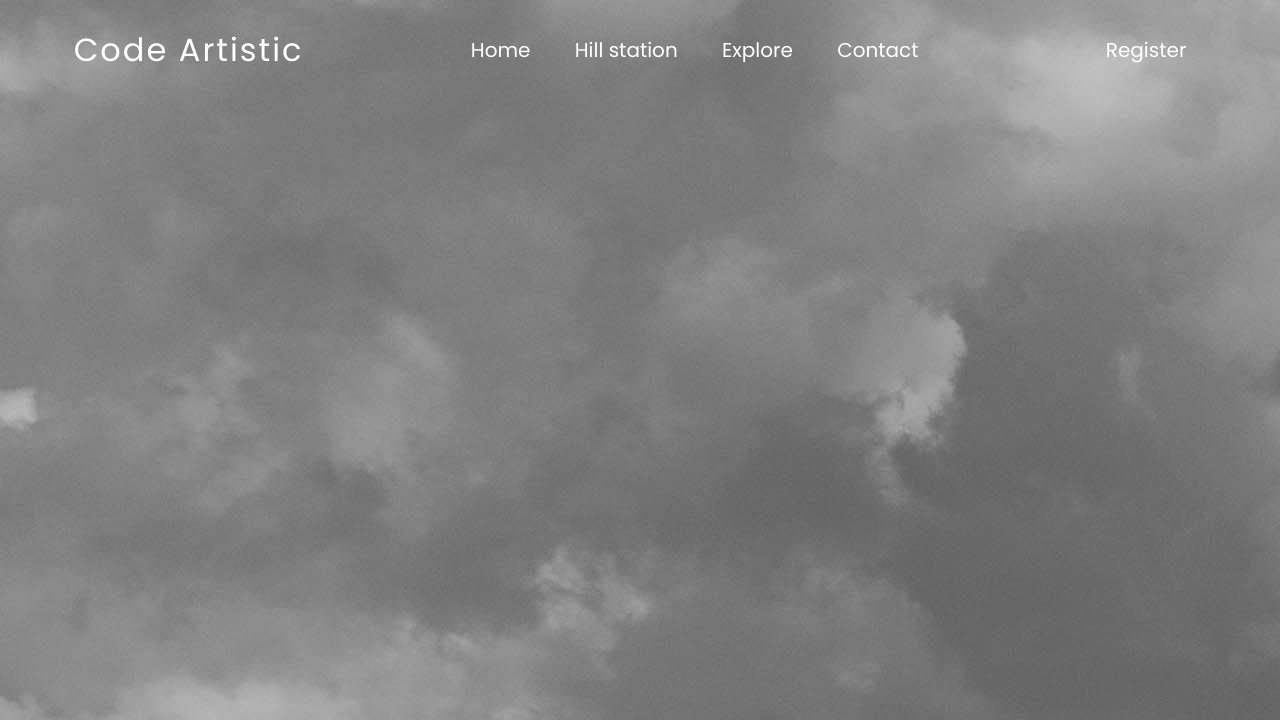
Repository: Ruxmary7/energy
Page: starter/index.html
These files come from the project's save history. The page is drawn as it stood at one moment and after a run of saves; the edit follows.
The browser window is 1280 px wide. The pictures show the whole page.

Above is the page before, as saved 2025-01-10 22:03:54.

After the next 4 saves:
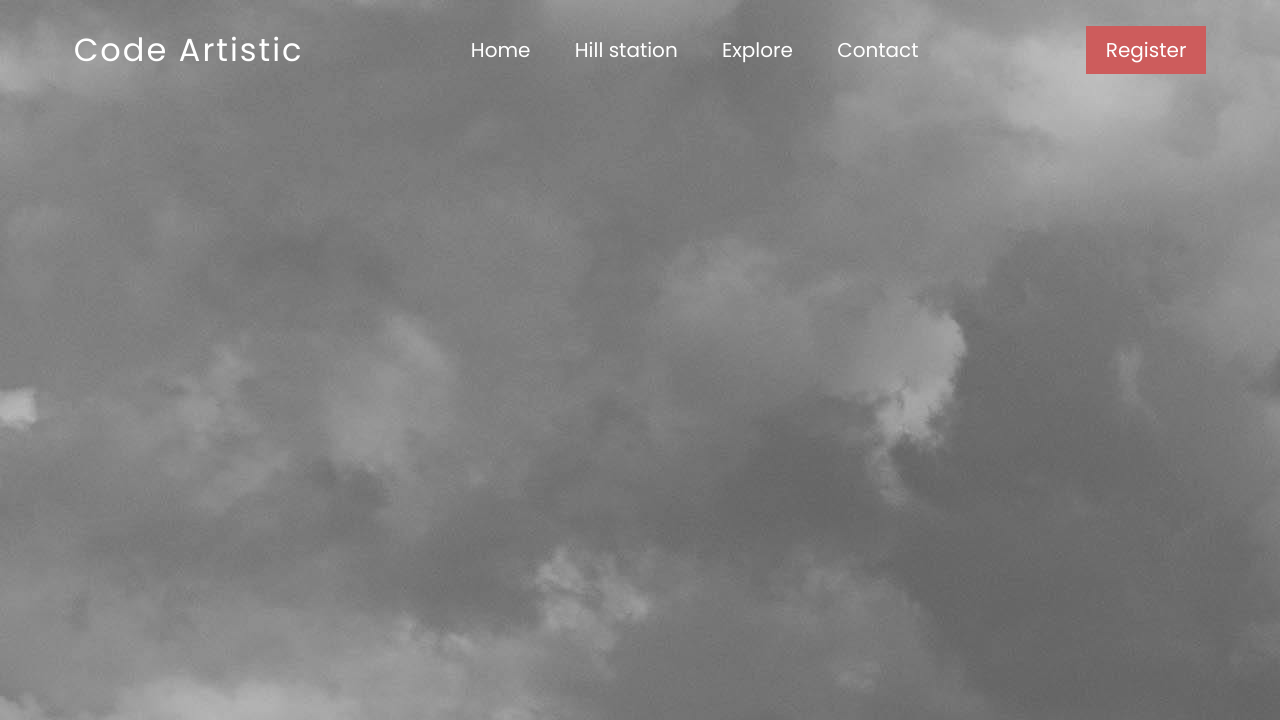
The 4 saves are shown as one change because they came seconds apart.
The last was saved 13 s later.
--- a/starter/style.css
+++ b/starter/style.css
@@ -36,6 +36,6 @@ letter-spacing: 2px;
     color: #fff;
     padding: 10px 20px;
    font-size: 20px;
-   bac
+   background: indianred;
  }
 }
